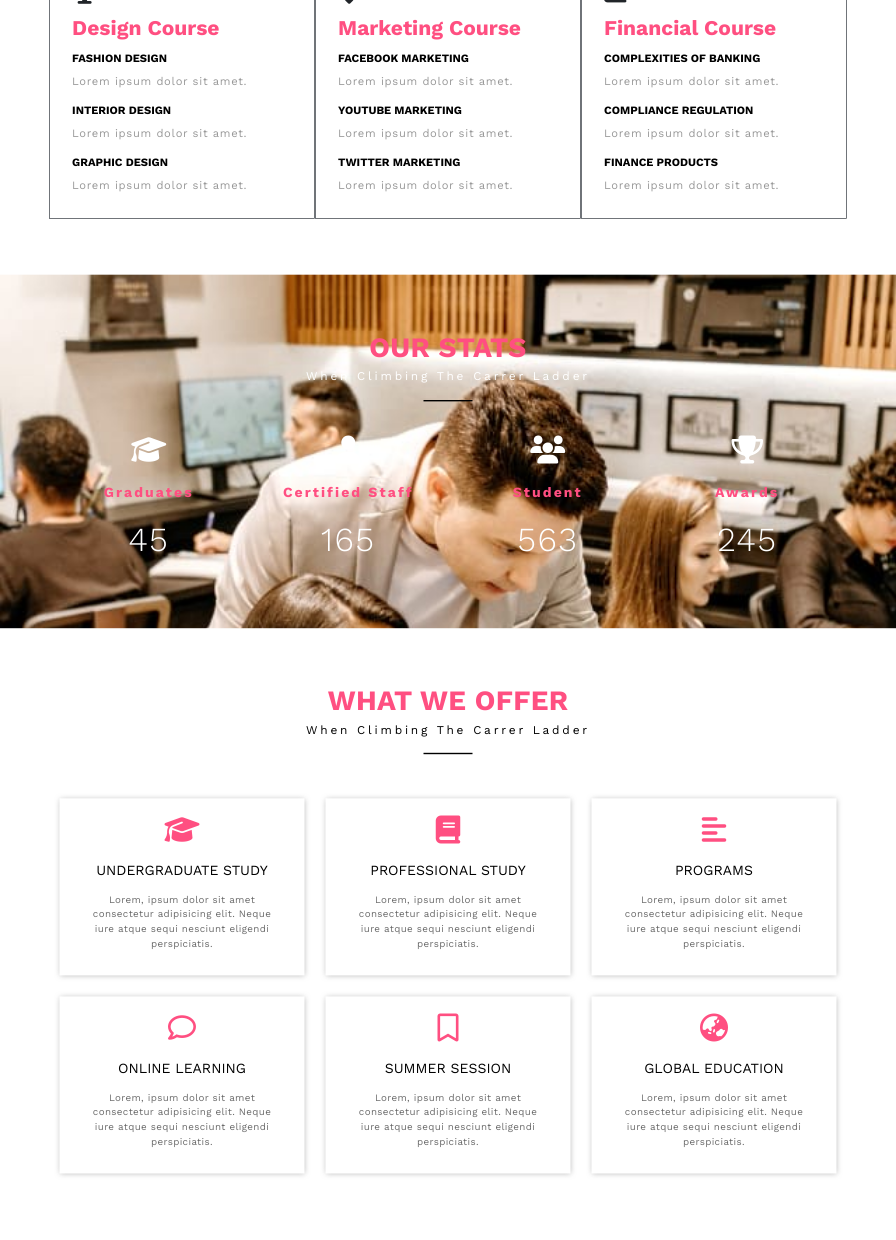
Repository: tudo1611/BC44_BOOTSTRAP_B7_INSTRUCTION_DO-TRUNG-TU
Page: index.html
The author's editor kept a copy of each file at every save. The page is drawn from the files as they stood at one save, then again after the next save.
The browser window is 1280 px wide. The pictures show the part of the page from y = 1409 to 3329 px (the page is 3180 px tall before and 3329 px after), at 70% of full size.
Backgrounds fixed to the window are drawn as part of the page.

Above is the page before, as saved 2023-01-20 13:58:35.

### index.html
<!DOCTYPE html>
<html lang="en">
  <head>
    <meta charset="UTF-8" />
    <meta http-equiv="X-UA-Compatible" content="IE=edge" />
    <meta name="viewport" content="width=device-width, initial-scale=1.0" />
    <title>Instruction Cyber</title>
    <!-- bs4 css  -->
    <link
      rel="stylesheet"
      href="https://cdn.jsdelivr.net/npm/bootstrap@4.5.3/dist/css/bootstrap.min.css"
      integrity="sha384-TX8t27EcRE3e/ihU7zmQxVncDAy5uIKz4rEkgIXeMed4M0jlfIDPvg6uqKI2xXr2"
      crossorigin="anonymous"
    />
    <!-- font awesome -->
    <link
      rel="stylesheet"
      href="https://cdnjs.cloudflare.com/ajax/libs/font-awesome/6.2.1/css/all.min.css"
      integrity="sha512-MV7K8+y+gLIBoVD59lQIYicR65iaqukzvf/nwasF0nqhPay5w/9lJmVM2hMDcnK1OnMGCdVK+iQrJ7lzPJQd1w=="
      crossorigin="anonymous"
      referrerpolicy="no-referrer"
    />
    <!-- font gg  -->
    <link rel="preconnect" href="https://fonts.googleapis.com" />
    <link rel="preconnect" href="https://fonts.gstatic.com" crossorigin />
    <link
      href="https://fonts.googleapis.com/css2?family=Work+Sans:wght@300;400;700&display=swap"
      rel="stylesheet"
    />
    <!-- main css -->
    <link rel="stylesheet" href="./css/index.css" />
  </head>
  <body>
    <!-- header  -->
    <header>
      <div
        class="header__top d-flex justify-content-between align-items-center py-2 container-fluid"
      >
        <div class="header__left">
          <a href="tel:0961051014" class="text-white mr-4"
            ><i class="fa-solid fa-phone"></i> 096.105.1014</a
          >
          <a href="mailto:info@cybersoft.edu.vn" class="text-white"
            ><i class="fa-regular fa-envelope"></i> info@cybersoft.edu.vn</a
          >
        </div>
        <div class="header__right">
          <a href="#"><i class="fab fa-facebook-f"></i></a>
          <a href="#"><i class="fab fa-twitter"></i></a>
          <a href=""><i class="fab fa-pinterest"></i></a>
          <a href=""><i class="fab fa-linkedin-in"></i></a>
        </div>
      </div>
      <nav class="navInstruction navbar navbar-expand-lg container">
        <a class="navbar-brand text-center" href="#">
          <p class="mb-0"><i class="fa fa-book"></i> INSTRUCTION</p>
          <p class="mb-0">EDUCATION</p>
        </a>
        <button
          class="navbar-toggler"
          type="button"
          data-toggle="collapse"
          data-target="#navbarInstruction"
          aria-controls="navbarNavDropdown"
          aria-expanded="false"
          aria-label="Toggle navigation"
        >
          <i class="fa fa-bars"></i>
        </button>
        <div class="collapse navbar-collapse" id="navbarInstruction">
          <ul class="navbar-nav ml-auto">
            <li class="nav-item active">
              <a class="nav-link" href="#"
                >HOME <span class="sr-only">(current)</span></a
              >
            </li>
            <li class="nav-item">
              <a class="nav-link" href="#">ABOUT</a>
            </li>
            <li class="nav-item">
              <a class="nav-link" href="#">SERVICES</a>
            </li>
            <li class="nav-item">
              <a class="nav-link" href="#">GALLERY</a>
            </li>
            <li class="nav-item dropdown">
              <a
                class="nav-link dropdown-toggle"
                href="#"
                id="navbarDropdownMenuLink"
                role="button"
                data-toggle="dropdown"
                aria-haspopup="true"
                aria-expanded="false"
              >
                PAGES
              </a>
              <div
                class="dropdown-menu"
                aria-labelledby="navbarDropdownMenuLink"
              >
                <a class="dropdown-item" href="#">Codes</a>
                <a class="dropdown-item" href="#">Icons</a>
              </div>
            </li>
              <li class="nav-item">
              <a class="nav-link" href="#">CONTACT</a>
            </li>
          </ul>
        </div>
      </nav>
    </header>
    <!-- carousel -->
    <section class="cyberCarousel">
      <div id="carouselCyber" class="carousel slide" data-ride="carousel">
  <ol class="carousel-indicators">
    <li data-target="#carouselCyber" data-slide-to="0" class="active"></li>
    <li data-target="#carouselCyber" data-slide-to="1"></li>
    <li data-target="#carouselCyber" data-slide-to="2"></li>
  </ol>
  <div class="carousel-inner">
    <div class="carousel-item active">
      <img src="./img/g1.jpg" class="d-block w-100" alt="...">
      <div class="container carousel-caption d-none d-md-block">
        <h1>Graphic Work Designing.</h1>
        <p>Any successful career statrs with good education. Together with us you will have deeper knownledge of the subjects</p>
        <button class="btn">Read More <i class="fa fa-angle-double-right"></i></button>
      </div>
    </div>
    <div class="carousel-item">
      <img src="./img/g2.jpg" class="d-block w-100" alt="...">
      <div class="container carousel-caption d-none d-md-block">
        <h1>Financial Analyst Course.</h1>
        <p>Any successful career statrs with good education. Together with us you will have deeper knownledge of the subjects</p>
        <button class="btn">Read More <i class="fa fa-angle-double-right"></i></button>
      </div>
    </div>
    <div class="carousel-item">
      <img src="./img/g3.jpg" class="d-block w-100" alt="...">
      <div class="container carousel-caption d-none d-md-block">
       <h1>Digital Marketing Course.</h1>
        <p>Any successful career statrs with good education. Together with us you will have deeper knownledge of the subjects</p>
        <button class="btn">Read More <i class="fa fa-angle-double-right"></i></button>
      </div>
    </div>
  </div>
  <a class="carousel-control-prev" href="#carouselCyber" role="button" data-slide="prev">
    <span class="carousel-control-prev-icon" aria-hidden="true"></span>
    <span class="sr-only">Previous</span>
  </a>
  <a class="carousel-control-next" href="#carouselCyber" role="button" data-slide="next">
    <span class="carousel-control-next-icon" aria-hidden="true"></span>
    <span class="sr-only">Next</span>
  </a>
</div>
    </section>
    <!-- welcome  -->
    <section class="welcome section">
      <div class="heading">
        <h2>WELCOME TO EDUCATION</h2>
        <p>When Climbing The Carrer Ladder</p>
      </div>
      <div class="welcome__content">
        <p>Lorem ipsum dolor sit amet consectetur adipisicing elit. Sed ut eaque voluptatem officiis dolorem? Dolore, quia. Id deleniti in tenetur!</p>
        <div class="welcome__courses container">
          <div class="row">
            <div class="welcome__col col-4 border border-dark">
              <div class="welcome__item">
                <i class="fa fa-desktop"></i>
                <h3>Design Course</h3>
                <h4>Fashion Design</h4>
                <p>Lorem ipsum dolor sit amet.</p>
                <h4>Interior Design</h4>
                <p>Lorem ipsum dolor sit amet.</p>
                <h4>Graphic Design</h4>
                <p>Lorem ipsum dolor sit amet.</p>
              </div>
            </div>
            <div class="welcome__col col-4 border border-dark">
              <div class="welcome__item">
                <i class="fa fa-arrows-alt"></i>
                <h3>Marketing Course</h3>
                <h4>Facebook Marketing</h4>
                <p>Lorem ipsum dolor sit amet.</p>
                <h4>Youtube Marketing</h4>
                <p>Lorem ipsum dolor sit amet.</p>
                <h4>Twitter Marketing</h4>
                <p>Lorem ipsum dolor sit amet.</p>
              </div>
            </div>
            <div class="welcome__col col-4 border border-dark">
              <div class="welcome__item">
                <i class="fa fa-chart-bar"></i>
                <h3>Financial Course</h3>
                <h4>Complexities Of Banking</h4>
                <p>Lorem ipsum dolor sit amet.</p>
                <h4>Compliance Regulation</h4>
                <p>Lorem ipsum dolor sit amet.</p>
                <h4>Finance Products</h4>
                <p>Lorem ipsum dolor sit amet.</p>
              </div>
            </div>

          </div>

        </div>
      </div>
    </section>
    <!-- our stats  -->
    <section class="ourStats section">
      <div class="heading heading--white">
        <h2>OUR STATS</h2>
        <p>When Climbing The Carrer Ladder</p>
      </div>
      <div class="outStats__content container">
        <div class="row">
          <div class="col-3">
            <div class="ourStats__item">
              <i class="fa fa-graduation-cap"></i>
              <h3>Graduates</h3>
              <p>45</p>
            </div>
          </div>
          <div class="col-3">
            <div class="ourStats__item">
              <i class="fa fa-user"></i>
              <h3>Certified Staff</h3>
              <p>165</p>
            </div>
          </div>
          <div class="col-3">
            <div class="ourStats__item">
              <i class="fa fa-users"></i>
              <h3>Student</h3>
              <p>563</p>
            </div>
          </div>
          <div class="col-3">
            <div class="ourStats__item">
              <i class="fa fa-trophy"></i>
              <h3>Awards</h3>
              <p>245</p>
            </div>
          </div>
        </div>
      </div>

    </section>
    <!-- offer -->
    <section class="offer section">
       <div class="heading">
        <h2>WHAT WE OFFER</h2>
        <p>When Climbing The Carrer Ladder</p>
      </div>
      <div class="offer__content container">
        <div class="row">
          <div class="col-4 offer__col">
            <div class="offer__item">
              <i class="fa fa-graduation-cap"></i>
              <h3>UNDERGRADUATE STUDY</h3>
              <p>Lorem, ipsum dolor sit amet consectetur adipisicing elit. Neque iure atque sequi nesciunt eligendi perspiciatis.</p>
            </div>
          </div>
          <div class="col-4 offer__col">
            <div class="offer__item">
              <i class="fa fa-book"></i>
              <h3>PROFESSIONAL STUDY</h3>
              <p>Lorem, ipsum dolor sit amet consectetur adipisicing elit. Neque iure atque sequi nesciunt eligendi perspiciatis.</p>
            </div>
          </div>
          <div class="col-4 offer__col">
            <div class="offer__item">
              <i class="fa fa-align-left"></i>
              <h3>PROGRAMS</h3>
              <p>Lorem, ipsum dolor sit amet consectetur adipisicing elit. Neque iure atque sequi nesciunt eligendi perspiciatis.</p>
            </div>
          </div>
          <div class="col-4 offer__col">
            <div class="offer__item">
              <i class="fa-regular fa-comment"></i>
              <h3>ONLINE LEARNING</h3>
              <p>Lorem, ipsum dolor sit amet consectetur adipisicing elit. Neque iure atque sequi nesciunt eligendi perspiciatis.</p>
            </div>
          </div>
          <div class="col-4 offer__col">
            <div class="offer__item">
              <i class="fa-regular fa-bookmark"></i>
              <h3>SUMMER SESSION</h3>
              <p>Lorem, ipsum dolor sit amet consectetur adipisicing elit. Neque iure atque sequi nesciunt eligendi perspiciatis.</p>
            </div>
          </div>
          <div class="col-4 offer__col">
            <div class="offer__item">
              <i class="fa fa-globe-asia"></i>
              <h3>GLOBAL EDUCATION</h3>
              <p>Lorem, ipsum dolor sit amet consectetur adipisicing elit. Neque iure atque sequi nesciunt eligendi perspiciatis.</p>
            </div>
          </div>
        </div>

      </div>
    </section>
    <!-- feedback -->
    <section class="feedback">

    </section>
    <!-- new -->
    <section class="news"></section>
    <!-- footer  -->
    <footer></footer>

    <!-- thu vien ho tro -->
    <script
      src="https://cdnjs.cloudflare.com/ajax/libs/jquery/3.6.3/jquery.min.js"
      integrity="sha512-STof4xm1wgkfm7heWqFJVn58Hm3EtS31XFaagaa8VMReCXAkQnJZ+jEy8PCC/iT18dFy95WcExNHFTqLyp72eQ=="
      crossorigin="anonymous"
      referrerpolicy="no-referrer"
    ></script>
    <!-- bs4 js  -->
    <script
      src="https://cdn.jsdelivr.net/npm/bootstrap@4.5.3/dist/js/bootstrap.bundle.min.js"
      integrity="sha384-ho+j7jyWK8fNQe+A12Hb8AhRq26LrZ/JpcUGGOn+Y7RsweNrtN/tE3MoK7ZeZDyx"
      crossorigin="anonymous"
    ></script>
  </body>
</html>

### css/index.css
/* global */
*{
    margin: 0;
    padding: 0;
    box-sizing: border-box;
}

html, body{
    font-family: 'Work Sans', sans-serif;
    font-size: 62.5%;
}
.heading{
    text-align: center;
    margin-bottom: 4.8rem;
}

.heading h2{
    font-size: 4rem;
    color: #ff4f81;
    font-weight: bold;
    letter-spacing: .5px;
}
.heading p{
    font-size: 1.7rem;
    text-transform: capitalize;
    letter-spacing: 0.4rem;
    color: #000;
}
.heading p::after{
    content: "";
    width: 7rem;
    height: 0.2rem;
    background-color: #000;
    display: block;
    margin: 2rem auto;
}
.section{
    padding: 8rem 0;
}
.heading--white p{
    color: #fff;
}

/* header  */
.header__top {
    background-color: #ff4f81;
    font-size: 1.4rem;
}
.header__top a{
    text-decoration: none;
    color: #fff;
    transition: all .5s;
}
.header__left a:hover{
    color: #000 !important;
}
.header__right a{
    display: inline-block;
    text-align: center;
    width: 3rem;
    height: 3rem;
    line-height: 3rem;
    background-color: #000;
    border: 1px solid #000;
    margin-left: 0.25rem;
}
.header__right a:hover{
    background-color: #ff4f81;
    border-color: #fff;
}
.navInstruction a{
    color: #000;
    font-weight: bold;
}
.navInstruction .navbar-brand p:first-child{
    font-size: 3.6rem;

}
.navInstruction .navbar-brand p:first-child i{
    transform: skewX(-10deg);
}
.navInstruction .navbar-brand p:last-child{
    font-size: 1.1rem;
    color: #ff4f81;
    letter-spacing: 0.3rem;
}
#navbarInstruction .nav-link{
    font-size: 1.4rem;font-weight: bold;
    letter-spacing: 1px;
    transition: all .5s;
}
#navbarInstruction .nav-item:hover .nav-link{
    color: #ff4f81;
}
#navbarInstruction .nav-item{
    margin: 0 1.5rem;
}
#navbarInstruction .nav-item:after{
    content: "";
    display: inline-block;
    width: 0%;
    height: 0.2rem;
    background-color: #ff4f81;
    transition: all .5s;
}
#navbarInstruction .nav-item:hover::after{
    width: 100%;
}
#navbarInstruction .nav-item.active .nav-link{
    color: #ff4f81;
}
#navbarInstruction .nav-item.active::after{
    width: 100%;
}
#navbarInstruction .dropdown-menu{
    background-color: rgba(0, 0, 0, 0.6);
    border: 1px solid rgba(0, 0, 0, 0.6);
}
#navbarInstruction .dropdown-item{
    color: #fff;
    transition: all .5s;
}
#navbarInstruction .dropdown-item:focus, #navbarInstruction .dropdown-item:hover {
    background-color: transparent;
    color:#ff4f81;
}

/* carousel  */


#carouselCyber .carousel-caption{
    top: 60%;
    left: 50%;
    transform: translate(-50% , -50%);
}
#carouselCyber .carousel-caption h1{
    font-size: 5.2rem;
}
#carouselCyber .carousel-caption p{
    font-size: 1.6rem;
    font-weight: 300;
    letter-spacing: 0.4rem;
    line-height: 1.8rem;
    width: 70%;
    margin: auto;
    margin-bottom: 2.5rem;
}
#carouselCyber .carousel-caption .btn{
    padding: 1.1rem 2rem;
    color: #fff;
    border: 1px solid #fff;
    border-radius: 0;
    letter-spacing: 0.2rem;
    font-size: 1.4rem;
    transition: all .5s;
}
#carouselCyber .carousel-caption .btn:hover{
    background-color: #ff4f81;
    border-color: #ff4f81;
}
/* welcome  */
.welcome__content>p{
    width: 80%;
    margin: auto;
    text-align: center;
    font-size: 1.5rem;
    line-height: 1.8em;
    color: #999;
    letter-spacing: 1px;
    padding: 1rem 0 5rem;
}
.welcome__item i{
    font-size: 3.2rem;
}
.welcome__item h3{
    color: #ff4f81;
    font-weight: bold;
    font-size: 3rem;
    margin: 1.6rem 0;
}
.welcome__item h4{
    color: #000;
    font-size: 1.6rem;
    font-weight: bold;
    margin: 1.6rem 0 0.32rem;
    text-transform: uppercase;
}
.welcome__item p{
    color: #999;
    font-size: 1.6rem;
    line-height: 1.8em;
    margin: 1rem 0 0;
    letter-spacing: 1px;
}
.welcome__col{
    padding: 3.2rem;
}
/* ourstats  */
.ourStats{
    background-image: url(../img/g2.jpg);
    background-size: cover;
    background-attachment: fixed;
}
.outStats__content{
    text-align: center;
    color: #fff;
}
.outStats__content i{
    font-size: 4rem;
}
.outStats__content h3{
    font-size: 2rem;
    letter-spacing: 3px;
    font-weight: bold;
    margin: 3rem 0 2rem;
    color: #ff4f81;
}
.outStats__content p{
    font-size: 4.8rem;
    letter-spacing: 2px;
    font-weight: 300;
}
/* offer  */
.offer__col{
    padding: 1.5rem;
}
.offer__item{
    padding: 2.5rem 4rem;
    text-align: center;
    background-color: #fff;
    box-shadow: 0px 1px 8px 0px rgba(158, 158, 158, 0.75);
    transition: all .5s;
}
.offer__item:hover{
    background-color: #12ccc3;
}
.offer__item i{
    color: #ff4f81;
    font-size: 4rem;
}
.offer__item h3{
    font-size: 2rem;
    margin: 2.5rem 0 2rem;
    color: #000;
}
.offer__item p{
    font-size: 1.4rem;
    letter-spacing: .5px;
    color: #6b6b6b;
}

After the next save:
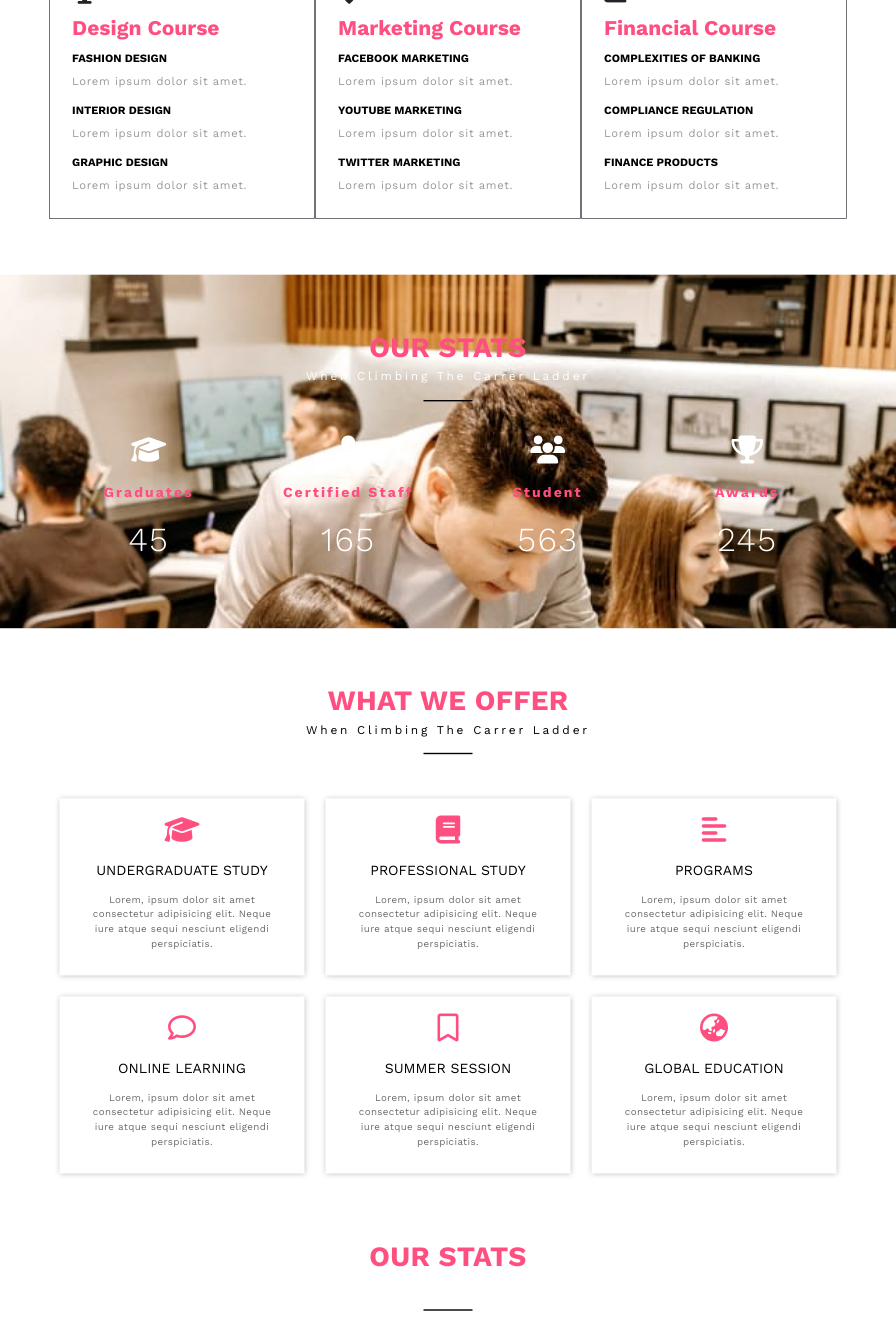
Saved 28 s later.
--- a/index.html
+++ b/index.html
@@ -302,6 +302,10 @@
     </section>
     <!-- feedback -->
     <section class="feedback">
+       <div class="heading heading--white">
+        <h2>OUR STATS</h2>
+        <p>When Climbing The Carrer Ladder</p>
+      </div>
 
     </section>
     <!-- new -->
